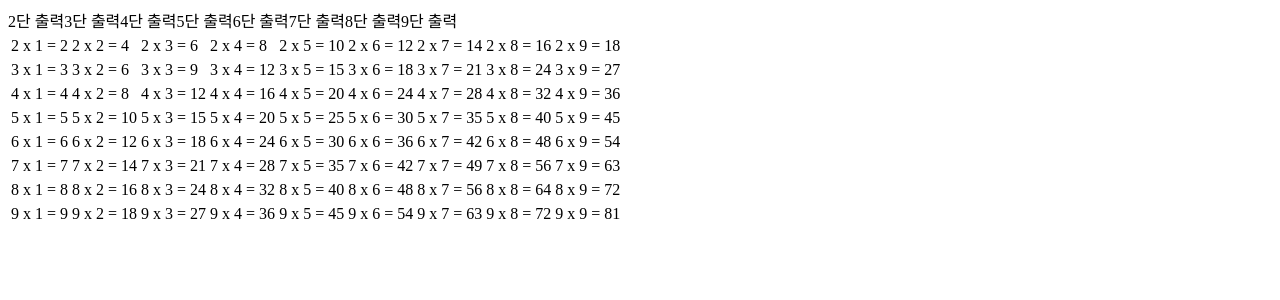
Repository: carnelli95/workspace_JSP
Page: http://localhost/MustHaveJSP/JSPMission/Gugudan1.jsp
The author's editor kept a copy of each file at every save. The page is drawn from the files as they stood at one save, then again after the next save.
The browser window is 1280 px wide. The pictures show the whole page.
The page is served by Tomcat 9.

Above is the page before, as saved 2025-09-22 08:36:44.

After the next save:
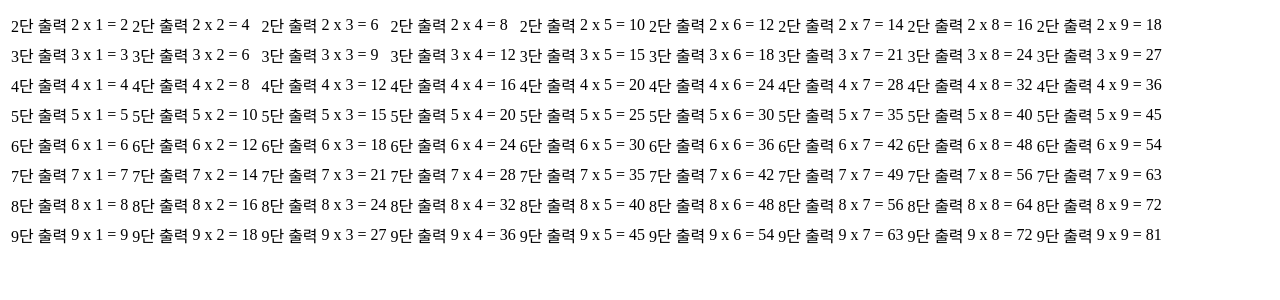
Saved 38 s later.
--- a/MustHaveJSP/src/main/webapp/JSPMission/Gugudan1.jsp
+++ b/MustHaveJSP/src/main/webapp/JSPMission/Gugudan1.jsp
@@ -28,8 +28,9 @@
 <table>
 <%
 	for(int i = 2; i <= 9; i++) {
-		out.println("<tr>" + i + "단 출력</tr>");
+		out.println("<tr></tr>");
 		for(int j = 1; j <= 9; j++) {
+			out.println("<td>" + i + "단 출력</td>");
 			out.print("<td>" + i + " x " + j  + " = " + i * j + "</td>" + "\t");
 		}
 	}

After the save that followed:
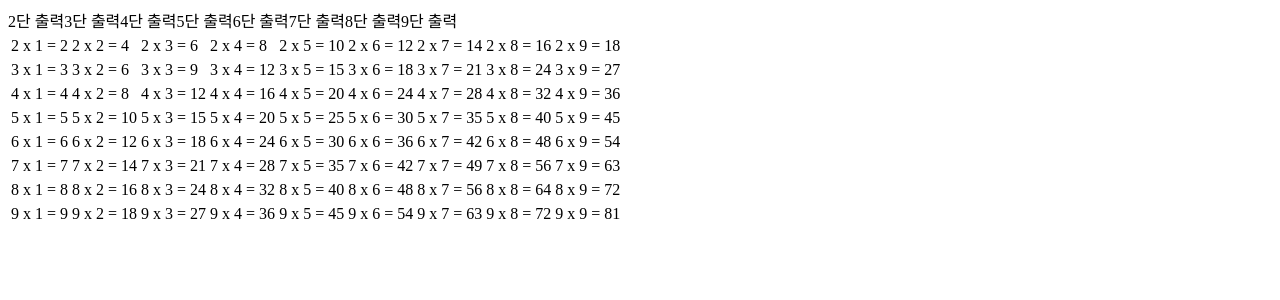
Saved 32 s later.
--- a/MustHaveJSP/src/main/webapp/JSPMission/Gugudan1.jsp
+++ b/MustHaveJSP/src/main/webapp/JSPMission/Gugudan1.jsp
@@ -28,9 +28,9 @@
 <table>
 <%
 	for(int i = 2; i <= 9; i++) {
-		out.println("<tr></tr>");
+		out.println("<tr>" + i + "단 출력</tr>");
 		for(int j = 1; j <= 9; j++) {
-			out.println("<td>" + i + "단 출력</td>");
+
 			out.print("<td>" + i + " x " + j  + " = " + i * j + "</td>" + "\t");
 		}
 	}
